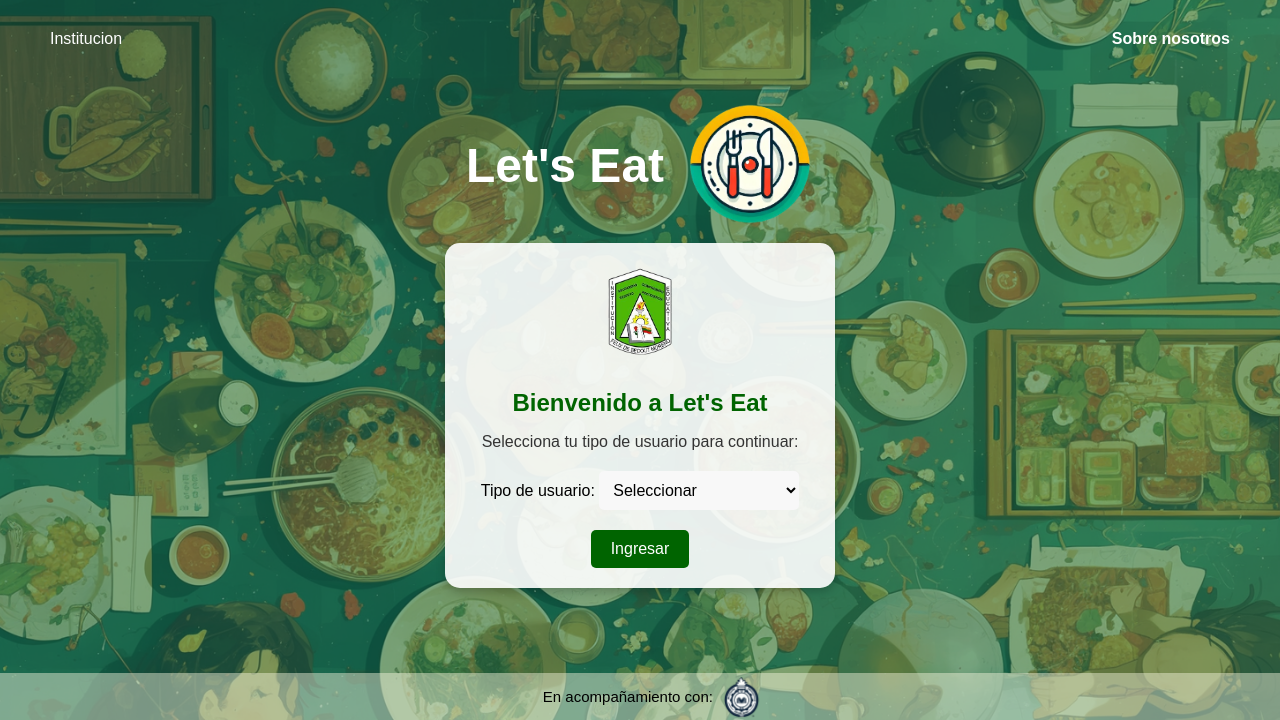
Repository: NicholeAndrade/restaurante-escolar
Page: html/inicio.html
The author's editor kept a copy of each file at every save. The page is drawn from the files as they stood at one save, then again after a run of saves.
The browser window is 1280 px wide. The pictures show the whole page.
Pictures or frames that could not be fetched are drawn as grey boxes.

Above is the page before, as saved 2025-10-09 19:21:59.

### html/inicio.html
<!DOCTYPE html>
<html lang="es">

<head>
    <meta charset="UTF-8">
    <meta name="viewport" content="width=device-width, initial-scale=1.0">
    <title>Seleccion de usuario</title>
    <link rel="stylesheet" href="/css/inicio.css">
</head>

<body>
    <header class="header">
        <div class="logo">Institucion</div>
        <nav>
            <a href="#">Sobre nosotros</a>
        </nav>
    </header>

    <main class="main">
        <div class="Tittle">
            <h1>Let's Eat </h1>
        </div>
        <div class="logo-container">
            <img id="Pascual" src="/Img/proyecto.png">
        </div>



        <div class="user-selection-box">
            <img src="/Img/LogoC.png" alt="Logo" class="logo">
            <h2>Bienvenido a Let's Eat</h2>
            <p>Selecciona tu tipo de usuario para continuar:</p>

            <label for="user-type" id="user-type">Tipo de usuario:</label>
          <select id="opciones" name="tipo_usuario" required>
                <option value="" disabled selected>Seleccionar</option>
                <option value="profesor">Profesor</option>
                <option value="estudiante">Estudiante</option>
                <option value="profesor_cargo">Profesor a cargo</option>
               <option value="estudiante_am_pm">Estudiante AM-PM</option>
            </select>

            <button class="submit-btn" onclick="redirigirUsuario()">Ingresar</button>
        </div>

        <footer id="Fua">
           En acompañamiento con:
           <img src="/Img/LogoPascual.png"  id="shimi">
        </footer>

    </main>


</body>

<script>
  function redirigirUsuario() {
    const seleccion = document.getElementById('opciones').value;

    if (!seleccion) {
      alert('Por favor, selecciona un tipo de usuario.');
      return;
    }

    switch (seleccion) {
      case 'profesor':
        window.location.href = '/Html/InicioSP.html';
        break;
      case 'estudiante':
        window.location.href = '/Html/InicioES.html';
        break;
      case 'profesor_cargo':
        window.location.href = '/Html/InicioSPC.html';
        break;
      case 'estudiante_am_pm':
        window.location.href = '/Html/InicioESAP.html';
        break;
      default:
        alert('Por favor, selecciona un tipo de usuario válido.');
        break;
    }
  }
</script>

</html>

### css/inicio.css
body {
    margin: 0;
    padding: 0;
    font-family: Arial, sans-serif;
    background-color: #046c4e;
    position: relative;
    color: #ffffff;
    text-align: center;
}

body::before {
    content: '';
    position: absolute;
    top: 0;
    left: 0;
    width: 100%;
    height: 100%;
    background: url('/img/12.png') no-repeat center center;
    background-size: cover;
    opacity: 0.5;
    z-index: -1;
}


.header {
    display: flex;
    justify-content: space-between;
    align-items: center;
    padding: 30px 50px;
}

.header a {
    color: white;
    text-decoration: none;
    font-weight: bold;
    font-size: 1rem;
}

.main {
    text-align: center;
    padding: 40px 10px;
    height: calc(100vh - 80px);
    display: flex;
    flex-direction: column;
    justify-content: center;
}

.main h1 {
    font-size: 3rem;
    margin: 0;
}


.buttons {
    margin: 30px 0;
}

.buttons button {
    padding: 15px 40px;
    border: none;
    border-radius: 30px;
    margin: 0 15px;
    cursor: pointer;
    font-size: 1.2rem;
    font-weight: bold;
}

.buttons .signin {
    background-color: #00796b;
    color: white;
}

.buttons .signup {
    background-color: white;
    color: #00796b;
}



#Pascual {
    width: 200px;
    height: 200px;
    margin-left: -150px;
}

.logo-container {
    position: absolute;
    margin-bottom: 545px;
    left: 800px;
    z-index: 10;
}

html, body {
    margin: 0;
    padding: 0;
    height: 100%;
    overflow: hidden;
}


.user-selection-box {
    background: rgba(255, 255, 255, 0.902);
    width: 350px;
    padding: 20px;
    margin: 50px auto;
    text-align: center;
    border-radius: 15px;
    box-shadow: 0 4px 10px rgba(0, 0, 0, 0.2);
}
.header-text {
    text-align: center;
    margin-top: -50px;
}

.user-selection-box .logo {
    width: 80px;
    height: auto;
    margin-bottom: 5px;
}

.user-selection-box h2 {
    font-size: 24px;
    margin-bottom: 10px;
    color: #006400;
}

.user-selection-box p {
    font-size: 16px;
    margin-bottom: 20px;
    color: #333;
}

.user-selection-box select {
    width: 200px;
    padding: 10px;
    border-radius: 5px;
    border: none;
    font-size: 16px;
    background: #f8f8f8;
    margin-bottom: 20px;
}

.user-selection-box .submit-btn {
    background: #006400;
    color: white;
    border: none;
    padding: 10px 20px;
    border-radius: 5px;
    font-size: 16px;
    cursor: pointer;
    transition: background 0.3s ease;
}

.user-selection-box .submit-btn:hover {
    background: #004d00;
}

.Tittle{
    margin-left: -150px;
    margin-top: -100px;
}

#user-type{
    color: black;
}



footer {
    background-color: #f5f5dc76;
    width: 100%;
    margin-top: 40px;
    color: black;
    text-align: center;
    padding: 15px;
    font-size: 15px;
    position: fixed;
    bottom: 0;
    left: 0;
}

#shimi{
    width: 50px;
    height: 50px;
    margin-bottom: -20px;
    margin-top: -50px;
}












/* Inicio de sesion */

.Tittle-2{
    font-size: 24px;
    margin-left: -150px;
     margin-left: -150px;
    margin-top: -40px;

}


.login-box {
    width: 350px;
    background: #ffa600e9;
    border-radius: 15px;
    padding: 20px;
    box-shadow: 0 4px 8px rgba(0, 0, 0, 0.2);
    margin: auto;
   margin-bottom: 300px;
}

.login-box label {
    display: block;
    font-weight: bold;
    margin-bottom: 5px;
    text-align: left;
    font-size: 14px;
    color: #ffffff;
}

.login-box input {
    width: 100%;
    padding: 7px;
    margin-bottom: 15px;
    border: 1px solid #e67d22dd;
    border-radius: 10px;
    box-sizing: border-box;
}

.login-box button {
    width: 100%;
    padding: 10px;
    background: #e67e22;
    color: white;
    border: none;
    border-radius: 10px;
    font-size: 16px;
    cursor: pointer;
    transition: background 0.3s ease;
}

.login-box button:hover {
    background: #d35400;
}



#Pascual-2{
    width: 200px;
    height: 200px;
    margin-bottom: 260px;
    margin-left: -150px;
}

.logo-2{
    height: 100px;
}

.btn-orangie {
  display: inline-block;
  padding: 10px 20px;
  background-color: #ff8000;
  color: white;
  text-decoration: none;
  border-radius: 5px;
  font-weight: bold;
  transition: background-color 0.3s ease, transform 0.2s;
}

.btn-orangie:hover {
  background-color: #cc6600;
  transform: scale(1.05);
}

.password-container {
  position: relative;
  display: flex;
  align-items: center;
}

.password-container input {
  padding-right: 35px;
}

.eye-icon {
  position: absolute;
  right: 10px;
  margin-top: -7px;
  cursor: pointer;
  user-select: none;
  color: #333;
}

/* Ajustes solo para móviles */
@media (max-width: 768px) {
  /* Texto "Let's Eat" centrado */
  .Tittle,
  .Tittle-2 {
    margin: 0;
    margin-top: 100px;
  }

  /* Logo principal */
  #Pascual,
  #Pascual-2 {
    position: static;
    margin: 20px auto;
    display: block;
    width: 220px;
    height: auto;
  }

  /* Logo pequeño de dentro del cuadro */
  .user-selection-box .logo,
  .login-box .logo-2 {
    width: 100px; /* más visible en móvil */
    height: auto;
  }

  .login-box {
    width: 350px;
    background: #ffa600e9;
    border-radius: 15px;
    padding: 20px;
    box-shadow: 0 4px 8px rgba(0, 0, 0, 0.2);
    margin-top:90px ;
}





}

After the next 2 saves:
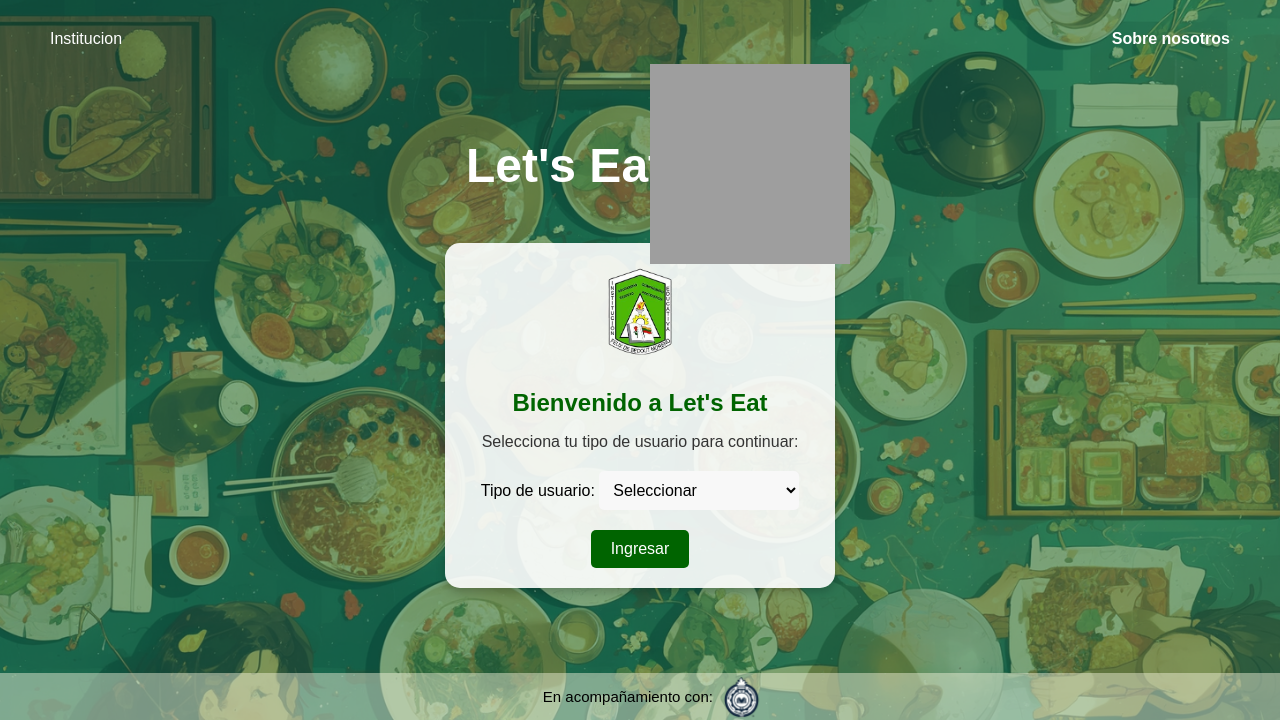
The 2 saves are shown as one change because they came seconds apart.
The last was saved 2 min 34 s later.
--- a/html/inicio.html
+++ b/html/inicio.html
@@ -21,7 +21,7 @@
             <h1>Let's Eat </h1>
         </div>
         <div class="logo-container">
-            <img id="Pascual" src="/Img/proyecto.png">
+            <img id="Pascual" src="/Img/">
         </div>
 
 

After the save that followed:
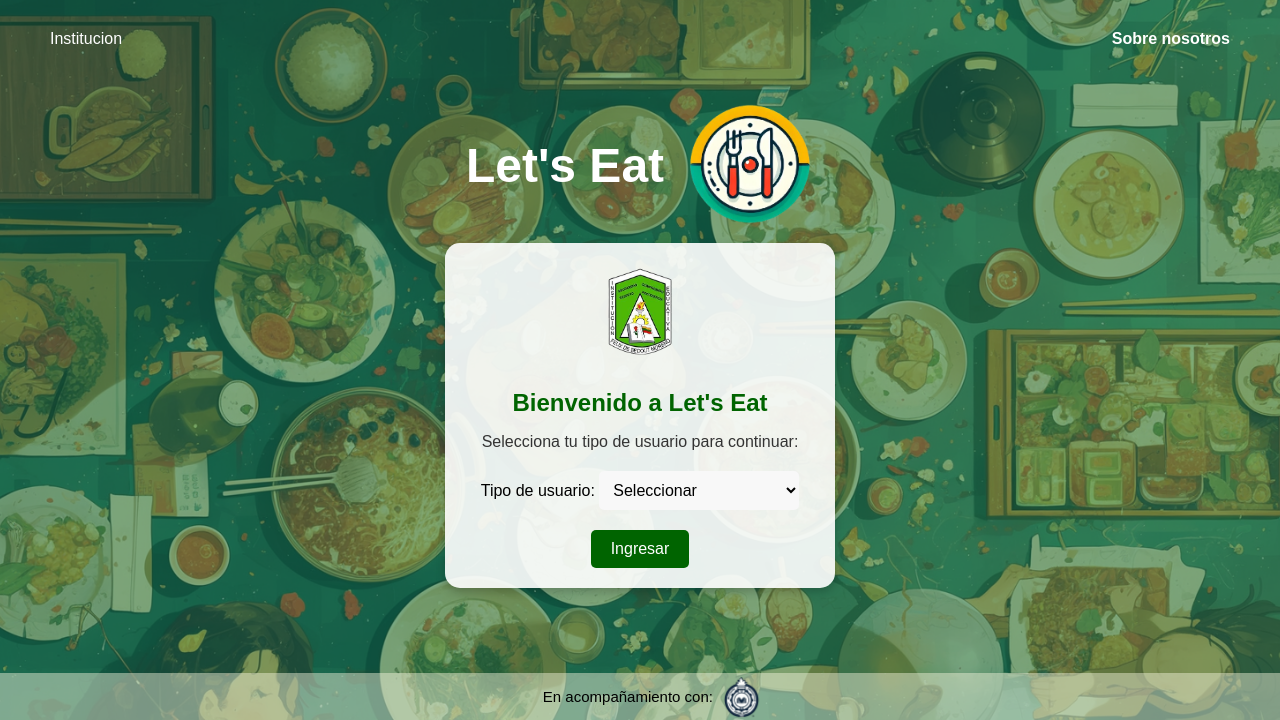
Saved 13 s later.
--- a/html/inicio.html
+++ b/html/inicio.html
@@ -21,7 +21,7 @@
             <h1>Let's Eat </h1>
         </div>
         <div class="logo-container">
-            <img id="Pascual" src="/Img/">
+            <img id="Pascual" src="/Img/proyecto.png">
         </div>
 
 
